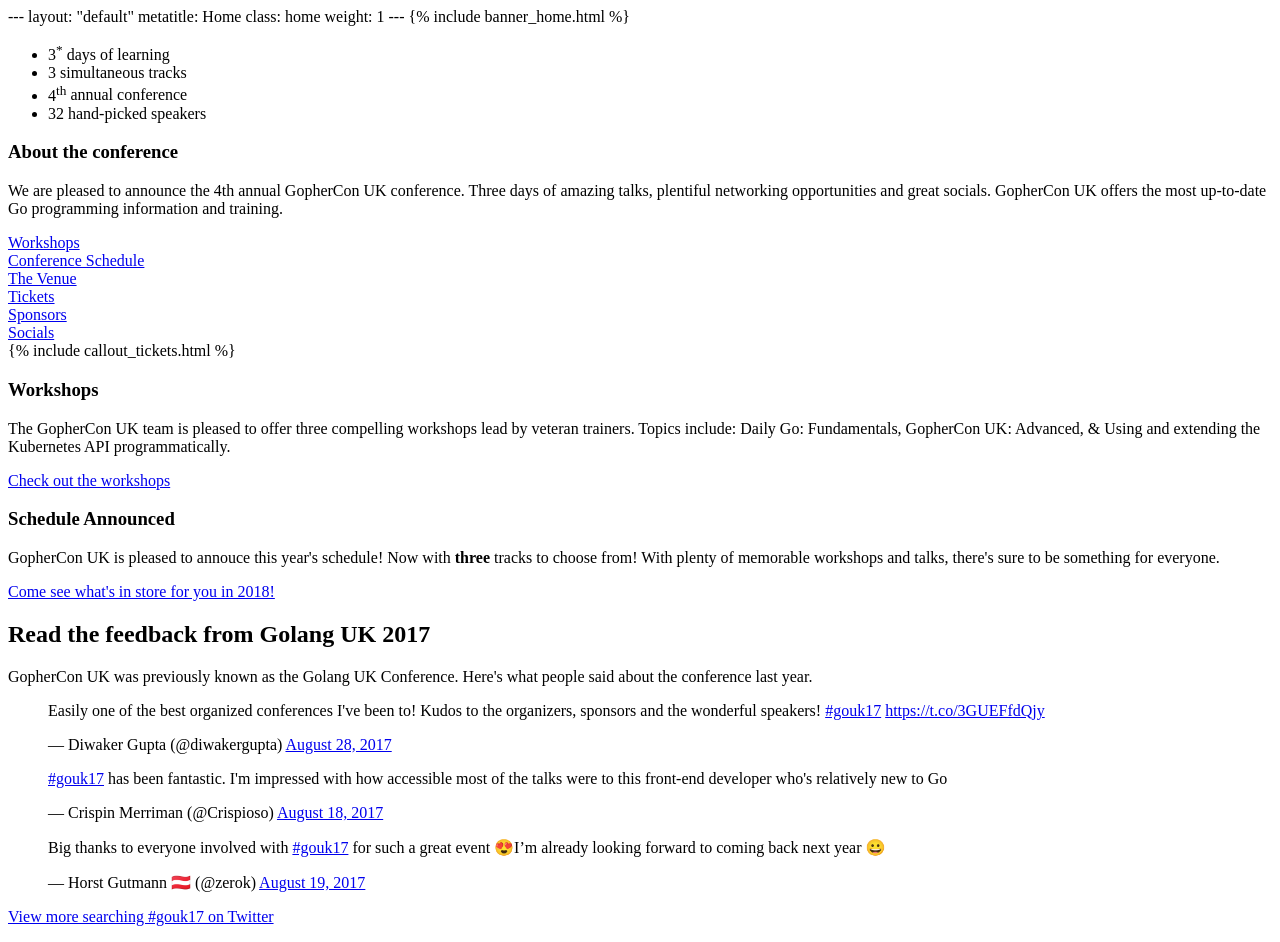
Repository: vitisevents/appliedai
Page: /
An editor plug-in stored every save of this project. The page is shown before and after the next save, followed by the edit.
The browser window is 1280 px wide. The pictures show the whole page.
The project was rebuilt for these pictures with package versions that can differ from the ones it lists, and the page was loaded fresh each time. Also part of the build but not shown: webpack.config.js.

Above is the page before, as saved 2018-06-13 21:07:08.
Console error: ReferenceError: define is not defined

After the next save:
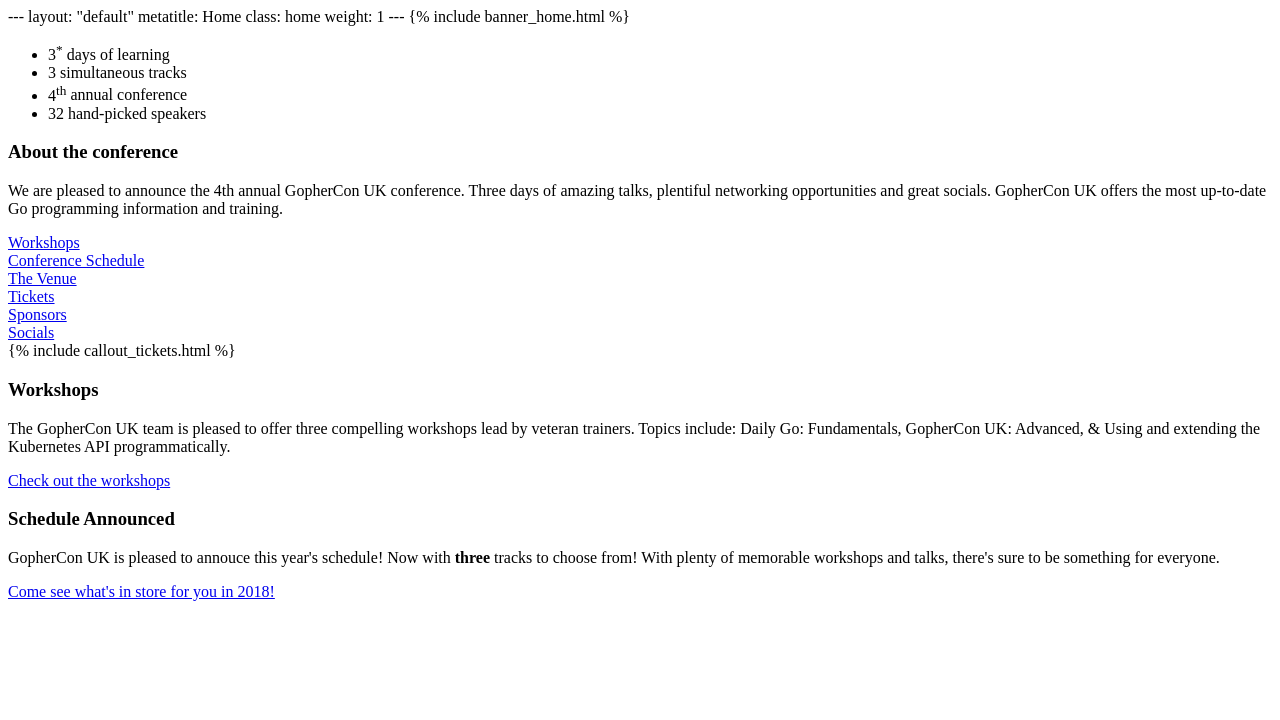
Saved 48 s later.
--- a/index.html
+++ b/index.html
@@ -120,23 +120,3 @@
         </div>
     </div>
 </div>
-
-<div class="row -testimonials -medium">
-    <div class="wrapper">
-        <h2 class="text-center">Read the feedback from Golang UK 2017</h2>
-        <p class="text-center">GopherCon UK was previously known as the Golang UK Conference. Here's what people said about the conference last year.</p>
-        <div class="grid">
-            <div class="grid__item u-1/3@md u-1/1@sm">
-                <blockquote data-cards="hidden" class="twitter-tweet" data-lang="en"><p lang="en" dir="ltr">Easily one of the best organized conferences I&#39;ve been to! Kudos to the organizers, sponsors and the wonderful speakers! <a href="https://twitter.com/hashtag/gouk17?src=hash&amp;ref_src=twsrc%5Etfw">#gouk17</a> <a href="https://t.co/3GUEFfdQjy">https://t.co/3GUEFfdQjy</a></p>&mdash; Diwaker Gupta (@diwakergupta) <a href="https://twitter.com/diwakergupta/status/902284225730166784?ref_src=twsrc%5Etfw">August 28, 2017</a></blockquote>
-            </div>
-            <div class="grid__item u-1/3@md u-1/1@sm">
-                <blockquote data-cards="hidden" class="twitter-tweet" data-lang="en"><p lang="en" dir="ltr"><a href="https://twitter.com/hashtag/gouk17?src=hash&amp;ref_src=twsrc%5Etfw">#gouk17</a> has been fantastic. I&#39;m impressed with how accessible most of the talks were to this front-end developer who&#39;s relatively new to Go</p>&mdash; Crispin Merriman (@Crispioso) <a href="https://twitter.com/Crispioso/status/898600657795657728?ref_src=twsrc%5Etfw">August 18, 2017</a></blockquote>
-            </div>
-            <div class="grid__item u-1/3@md u-1/1@sm">
-                <blockquote data-cards="hidden" class="twitter-tweet" data-lang="en"><p lang="en" dir="ltr">Big thanks to everyone involved with <a href="https://twitter.com/hashtag/gouk17?src=hash&amp;ref_src=twsrc%5Etfw">#gouk17</a> for such a great event 😍I’m already looking forward to coming back next year 😀</p>&mdash; Horst Gutmann 🇦🇹 (@zerok) <a href="https://twitter.com/zerok/status/898994275991470080?ref_src=twsrc%5Etfw">August 19, 2017</a></blockquote>
-            </div>
-            <script async src="//platform.twitter.com/widgets.js" charset="utf-8"></script>
-        </div>
-        <p class="text-center"><a class="link" href="https://twitter.com/search?q=gouk17" target="_blank">View more searching #gouk17 on Twitter</a></p>
-    </div>
-</div>
